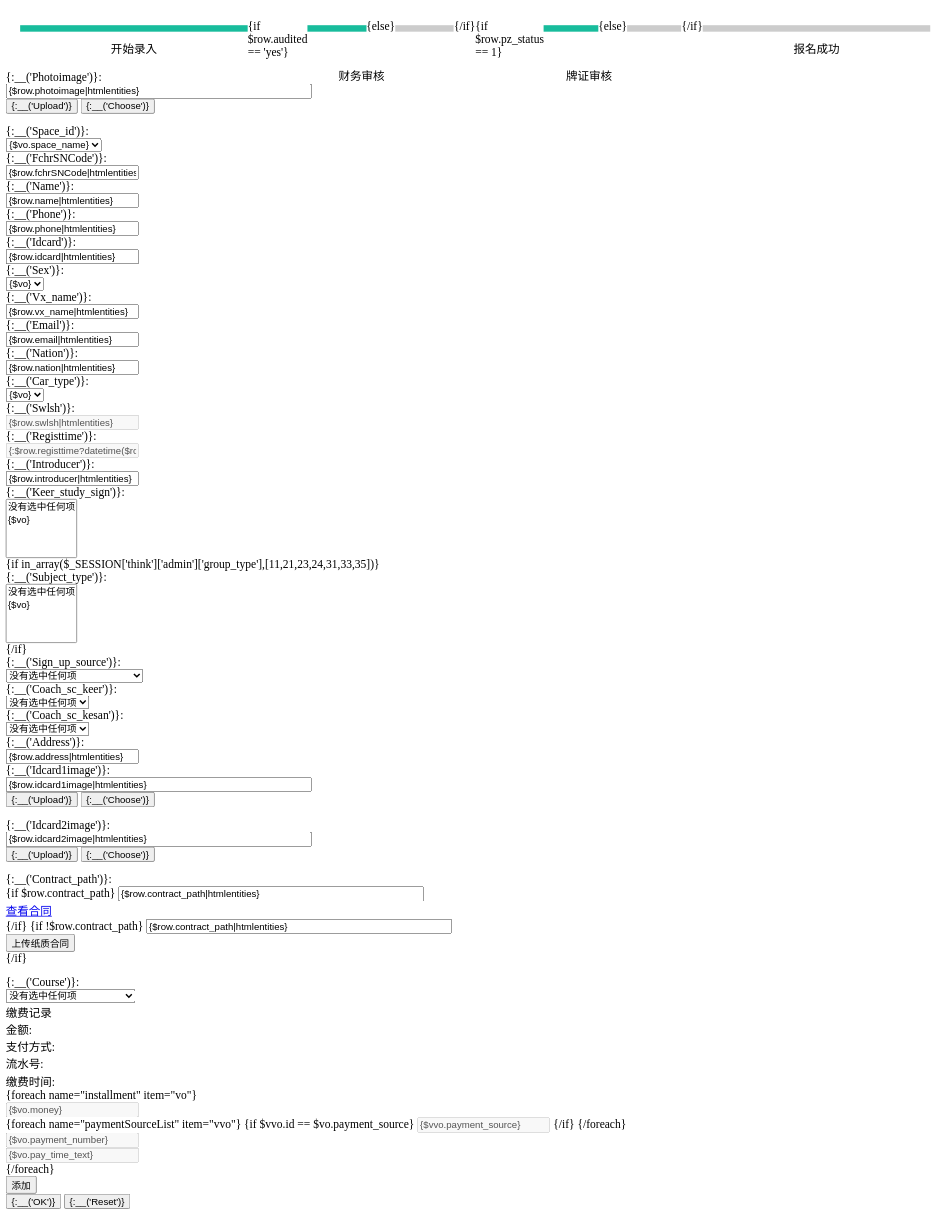
Repository: Akarin-Akari/xiaomaguantest
Page: application/admin/view/studentconfig/student/edit.html
These files come from the project's save history. The page is drawn as it stood at one moment and after the next save; the edit follows.
The browser window is 1280 px wide. The page is 1312 px wide, so the pictures cover 1312 px, including what lies to the right of the window. The pictures show the whole page, at 72% of full size.

Above is the page before, as saved 2024-01-24 15:28:28.
Console error: ReferenceError: $length is not defined

After the next save:
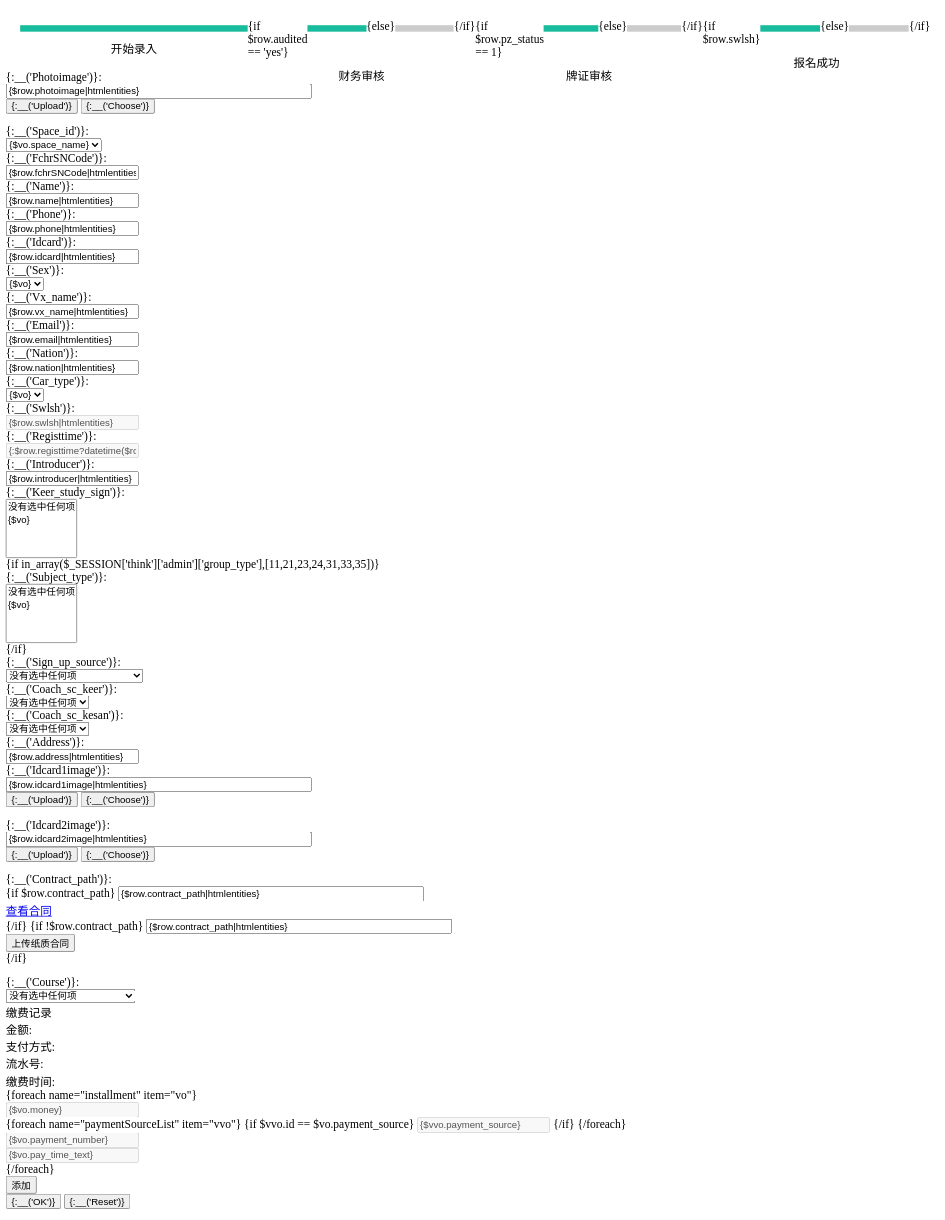
Saved 31 s later.
--- a/application/admin/view/studentconfig/student/edit.html
+++ b/application/admin/view/studentconfig/student/edit.html
@@ -76,7 +76,11 @@
             <!-- 第四部分 -->
             <div class="step">
                 <div class="step-progress  done ">
+                    {if $row.swlsh}
+                        <div class="step-line" style="background-color: #18bc9c"></div>
+                    {else}
                     <div class="step-line"></div>
+                    {/if}
                 </div>
                 <div class="step-text">
                     <span>报名成功</span>
